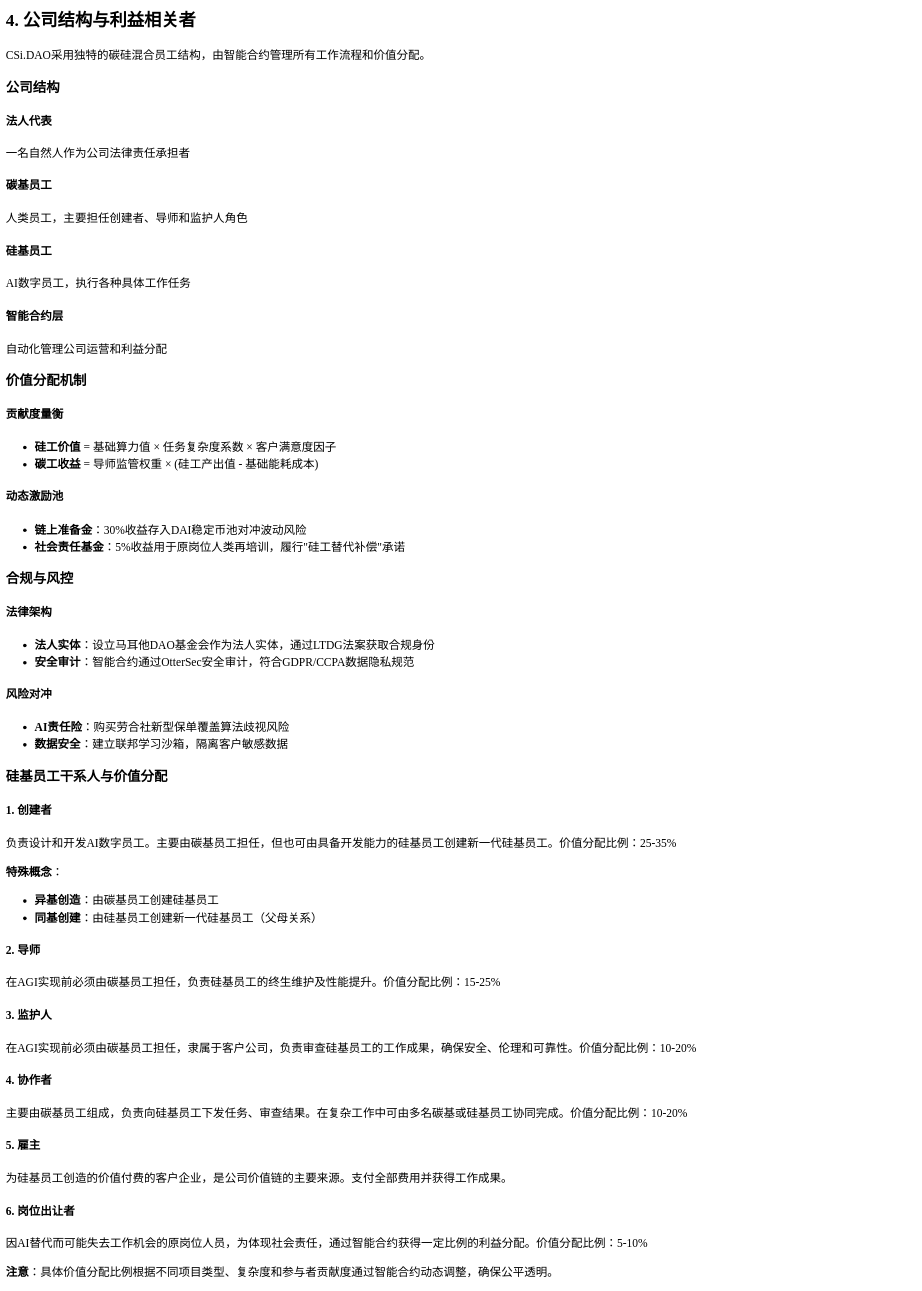
Repository: delez911/ainize
Page: static-site/src/components/structure/structure.html
The author's editor kept a copy of each file at every save. The page is drawn from the files as they stood at one save, then again after the next save.
The browser window is 1280 px wide. The pictures show the whole page, at 72% of full size.

Above is the page before, as saved 2025-04-24 11:28:24.

### static-site/src/components/structure/structure.html
<section id="structure" class="bg-gradient-to-b from-gray-50 to-white py-20">
  <div class="container mx-auto px-4 max-w-6xl">
    <div class="text-center mb-16">
      <h2 class="text-4xl font-bold text-gray-900 mb-4">4. 公司结构与利益相关者</h2>
      <p class="text-xl text-gray-600 max-w-3xl mx-auto">
        CSi.DAO采用独特的碳硅混合员工结构，由智能合约管理所有工作流程和价值分配。
      </p>
    </div>

    <!-- 公司结构 -->
    <div class="mb-20">
      <h3 class="flex items-center text-2xl font-bold mb-6">
        <i class="fas fa-sitemap text-blue-600 mr-3"></i>
        公司结构
      </h3>

      <div class="stakeholder">
        <h4><i class="fas fa-user-tie text-blue-600 mr-2"></i>法人代表</h4>
        <p>一名自然人作为公司法律责任承担者</p>
      </div>

      <div class="stakeholder carbon">
        <h4><i class="fas fa-users text-blue-600 mr-2"></i>碳基员工</h4>
        <p>人类员工，主要担任创建者、导师和监护人角色</p>
      </div>

      <div class="stakeholder">
        <h4><i class="fas fa-robot text-blue-600 mr-2"></i>硅基员工</h4>
        <p>AI数字员工，执行各种具体工作任务</p>
      </div>

      <div class="stakeholder">
        <h4><i class="fas fa-file-contract text-blue-600 mr-2"></i>智能合约层</h4>
        <p>自动化管理公司运营和利益分配</p>
      </div>
    </div>

    <!-- 价值分配机制 -->
    <div class="mb-20">
      <h3 class="flex items-center text-2xl font-bold mb-6">
        <i class="fas fa-chart-pie text-blue-600 mr-3"></i>
        价值分配机制
      </h3>

      <div class="stakeholder">
        <h4><i class="fas fa-calculator text-blue-600 mr-2"></i>贡献度量衡</h4>
        <ul>
          <li><i class="fas fa-microchip text-blue-600 mr-2"></i><strong>硅工价值</strong> = 基础算力值 × 任务复杂度系数 × 客户满意度因子</li>
          <li><i class="fas fa-hand-holding-usd text-blue-600 mr-2"></i><strong>碳工收益</strong> = 导师监管权重 × (硅工产出值 - 基础能耗成本)</li>
        </ul>
      </div>

      <div class="stakeholder">
        <h4><i class="fas fa-coins text-blue-600 mr-2"></i>动态激励池</h4>
        <ul>
          <li><i class="fas fa-piggy-bank text-blue-600 mr-2"></i><strong>链上准备金</strong>：30%收益存入DAI稳定币池对冲波动风险</li>
          <li><i class="fas fa-handshake text-blue-600 mr-2"></i><strong>社会责任基金</strong>：5%收益用于原岗位人类再培训，履行"硅工替代补偿"承诺</li>
        </ul>
      </div>
    </div>

    <!-- 合规与风控 -->
    <div class="mb-20">
      <h3 class="flex items-center text-2xl font-bold mb-6">
        <i class="fas fa-shield-alt text-blue-600 mr-3"></i>
        合规与风控
      </h3>

      <div class="stakeholder">
        <h4><i class="fas fa-balance-scale text-blue-600 mr-2"></i>法律架构</h4>
        <ul>
          <li><i class="fas fa-landmark text-blue-600 mr-2"></i><strong>法人实体</strong>：设立马耳他DAO基金会作为法人实体，通过LTDG法案获取合规身份</li>
          <li><i class="fas fa-clipboard-check text-blue-600 mr-2"></i><strong>安全审计</strong>：智能合约通过OtterSec安全审计，符合GDPR/CCPA数据隐私规范</li>
        </ul>
      </div>

      <div class="stakeholder">
        <h4><i class="fas fa-exclamation-triangle text-blue-600 mr-2"></i>风险对冲</h4>
        <ul>
          <li><i class="fas fa-file-invoice text-blue-600 mr-2"></i><strong>AI责任险</strong>：购买劳合社新型保单覆盖算法歧视风险</li>
          <li><i class="fas fa-lock text-blue-600 mr-2"></i><strong>数据安全</strong>：建立联邦学习沙箱，隔离客户敏感数据</li>
        </ul>
      </div>
    </div>

    <!-- 硅基员工干系人与价值分配 -->
    <div class="mb-20">
      <h3 class="flex items-center text-2xl font-bold mb-6">
        <i class="fas fa-network-wired text-blue-600 mr-3"></i>
        硅基员工干系人与价值分配
      </h3>

      <div class="stakeholder carbon">
        <h4><i class="fas fa-code text-blue-600 mr-2"></i>1. 创建者</h4>
        <p>负责设计和开发AI数字员工。主要由碳基员工担任，但也可由具备开发能力的硅基员工创建新一代硅基员工。价值分配比例：25-35%</p>
        <p><strong><i class="fas fa-lightbulb text-blue-600 mr-2"></i>特殊概念</strong>：</p>
        <ul>
          <li><i class="fas fa-arrow-right text-blue-600 mr-2"></i><strong>异基创造</strong>：由碳基员工创建硅基员工</li>
          <li><i class="fas fa-arrow-right text-blue-600 mr-2"></i><strong>同基创建</strong>：由硅基员工创建新一代硅基员工（父母关系）</li>
        </ul>
      </div>

      <div class="stakeholder carbon">
        <h4><i class="fas fa-chalkboard-teacher text-blue-600 mr-2"></i>2. 导师</h4>
        <p>在AGI实现前必须由碳基员工担任，负责硅基员工的终生维护及性能提升。价值分配比例：15-25%</p>
      </div>

      <div class="stakeholder carbon">
        <h4><i class="fas fa-user-shield text-blue-600 mr-2"></i>3. 监护人</h4>
        <p>在AGI实现前必须由碳基员工担任，隶属于客户公司，负责审查硅基员工的工作成果，确保安全、伦理和可靠性。价值分配比例：10-20%</p>
      </div>

      <div class="stakeholder carbon">
        <h4><i class="fas fa-hands-helping text-blue-600 mr-2"></i>4. 协作者</h4>
        <p>主要由碳基员工组成，负责向硅基员工下发任务、审查结果。在复杂工作中可由多名碳基或硅基员工协同完成。价值分配比例：10-20%</p>
      </div>

      <div class="stakeholder">
        <h4><i class="fas fa-building text-blue-600 mr-2"></i>5. 雇主</h4>
        <p>为硅基员工创造的价值付费的客户企业，是公司价值链的主要来源。支付全部费用并获得工作成果。</p>
      </div>

      <div class="stakeholder">
        <h4><i class="fas fa-hand-holding-heart text-blue-600 mr-2"></i>6. 岗位出让者</h4>
        <p>因AI替代而可能失去工作机会的原岗位人员，为体现社会责任，通过智能合约获得一定比例的利益分配。价值分配比例：5-10%</p>
      </div>

      <div class="highlight">
        <p><i class="fas fa-info-circle text-blue-600 mr-2"></i><strong>注意</strong>：具体价值分配比例根据不同项目类型、复杂度和参与者贡献度通过智能合约动态调整，确保公平透明。</p>
      </div>
    </div>
  </div>
</section>

After the next save:
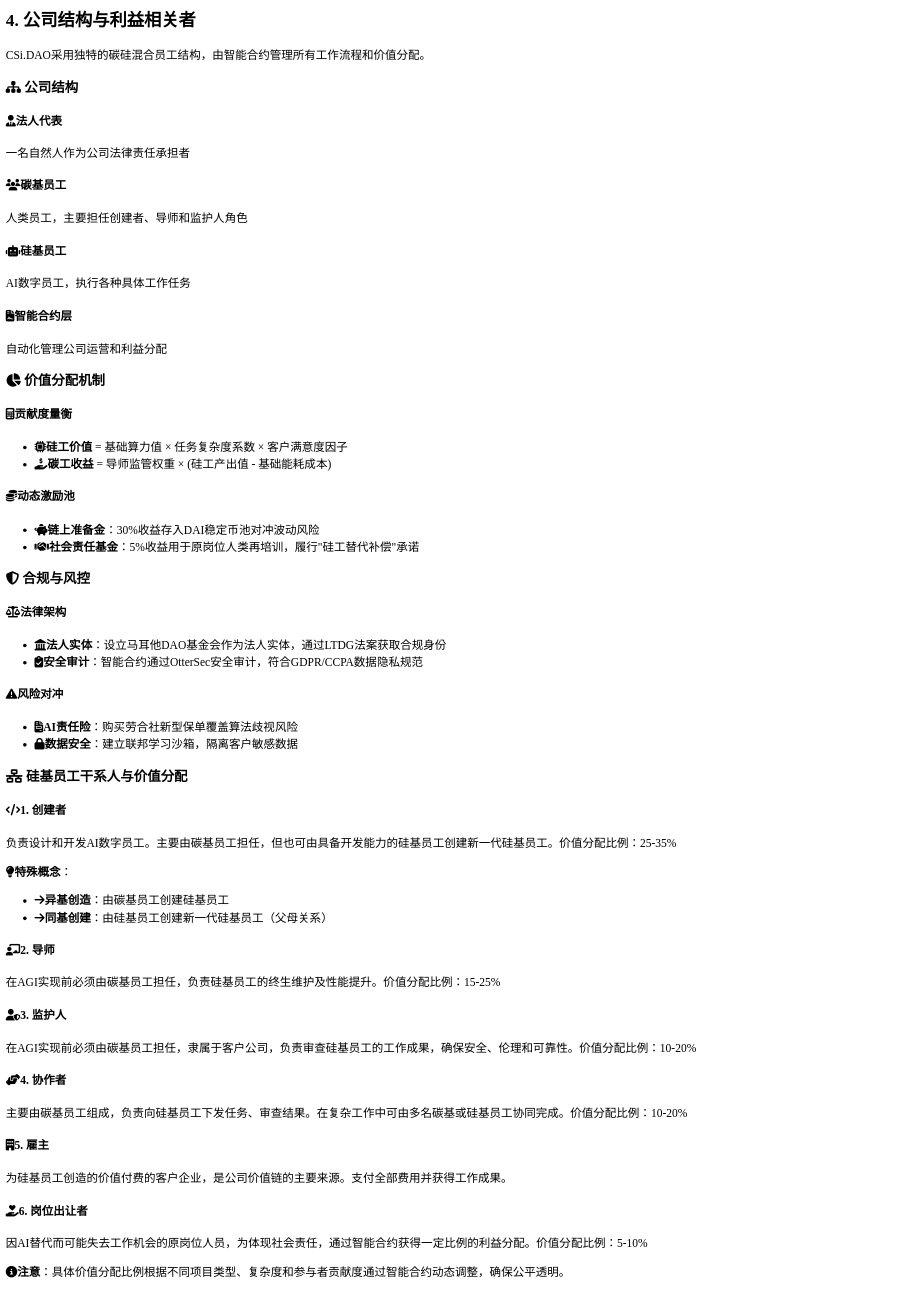
Saved 99 s later.
--- a/static-site/src/components/structure/structure.html
+++ b/static-site/src/components/structure/structure.html
@@ -1,3 +1,5 @@
+<link rel="stylesheet" href="https://cdnjs.cloudflare.com/ajax/libs/font-awesome/6.5.1/css/all.min.css">
+
 <section id="structure" class="bg-gradient-to-b from-gray-50 to-white py-20">
   <div class="container mx-auto px-4 max-w-6xl">
     <div class="text-center mb-16">
